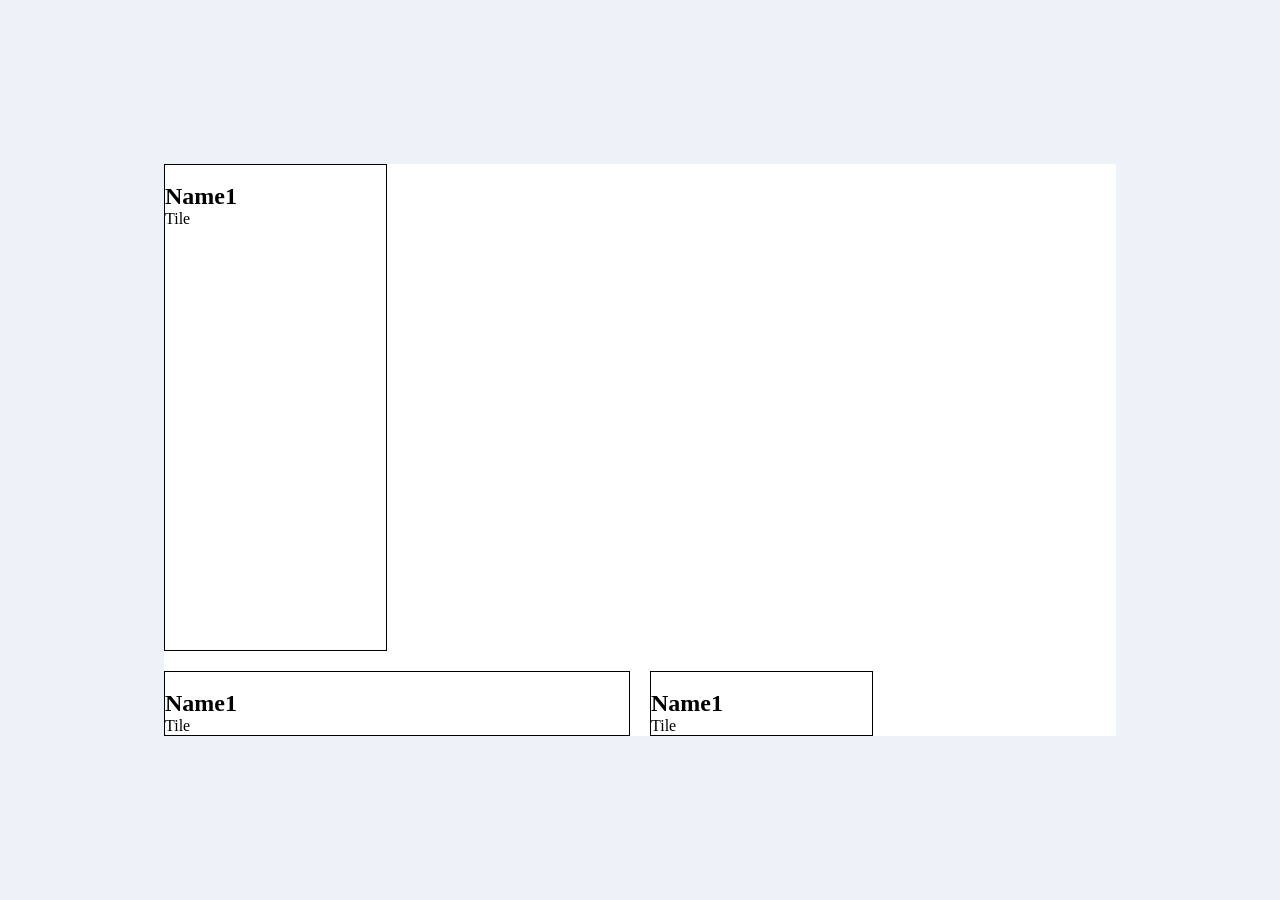
Repository: brandontaylor1/testimonial-card
Page: index.html
An editor plug-in stored every save of this project. The page is shown before and after the next save, followed by the edit.
The browser window is 1280 px wide. The pictures show the whole page.

Above is the page before, as saved 2025-01-10 22:57:02.

### index.html
<!DOCTYPE html>
<html lang="en">
<head>
    <meta charset="UTF-8">
    <meta name="viewport" content="width=device-width, initial-scale=1.0">
    <link rel="preconnect" href="https://fonts.googleapis.com">
    <link rel="preconnect" href="https://fonts.gstatic.com" crossorigin>
    <link href="https://fonts.googleapis.com/css2?family=Barlow+Semi+Condensed:ital,wght@0,100;0,200;0,300;0,400;0,500;0,600;0,700;0,800;0,900;1,100;1,200;1,300;1,400;1,500;1,600;1,700;1,800;1,900&display=swap" rel="stylesheet">
    <link rel="stylesheet" href="styles.css">
    <title>Testimonial Grid </title>
</head>
<body>
    <section class="container">
        <main class="testimonial-grid">
            <div class="card" id="card-1">
                <div class="profile-content">
                    <img src="" alt="" class="profile-img">
                    <div class="profile-text">
                        <h2>Name1</h2>
                        <p>Tile</p>
                    </div>
                </div>
                <h1 class="card-heading"></h1>
                <h2 class="card-subheading"></h2>
            </div>
            <div class="card" id="card-2">
                <div class="profile-content">
                    <img src="" alt="" class="profile-img">
                    <div class="profile-text">
                        <h2>Name1</h2>
                        <p>Tile</p>
                    </div>
                </div>
                <h1 class="card-heading"></h1>
                <h2 class="card-subheading"></h2>
            </div>
            <div class="card" id="card-3">
                <div class="profile-content">
                    <img src="" alt="" class="profile-img">
                    <div class="profile-text">
                        <h2>Name1</h2>
                        <p>Tile</p>
                    </div>
                </div>
                <h1 class="card-heading"></h1>
                <h2 class="card-subheading"></h2>
            </div>



        </main>
    </section>
</body>
</html>

### styles.css
* {
    margin: 0;
    padding: 0;
    box-sizing: border-box;
}

:root {

    --primary-moderate-violet: hsl(263, 55%, 52%);
    --primary-very-dark-grayish-blue: hsl(217, 19%, 35%);
    --primary-very-dark-blackish-blue: hsl(219, 29%, 14%);
    --primary-white: hsl(0, 0%, 100%);

    --secondary-neurtal-light-gray: hsl(0, 0%, 81%);
    --seconday-light-grayish-blue: hsl(210, 46%, 95%);
}

body {
    background-color: #ECF2F8;
    padding: 164px
}

.testimonial-grid {
    display: grid;
    grid-template-columns: repeat(4, 1fr);
    grid-template-rows: repeat(2, 1fr);
    gap: 20px;
    background-color: var(--primary-white);
    height: 572px;
}

.card {
    border: 1px solid black;
    height: 100%;
}

#card-1 {
    grid-column: 1 / span 2;
}

#card-3 {
    grid-row: 1 / span 2;
}

#card-5 {
    grid-row: 2 / 4;
}

After the next save:
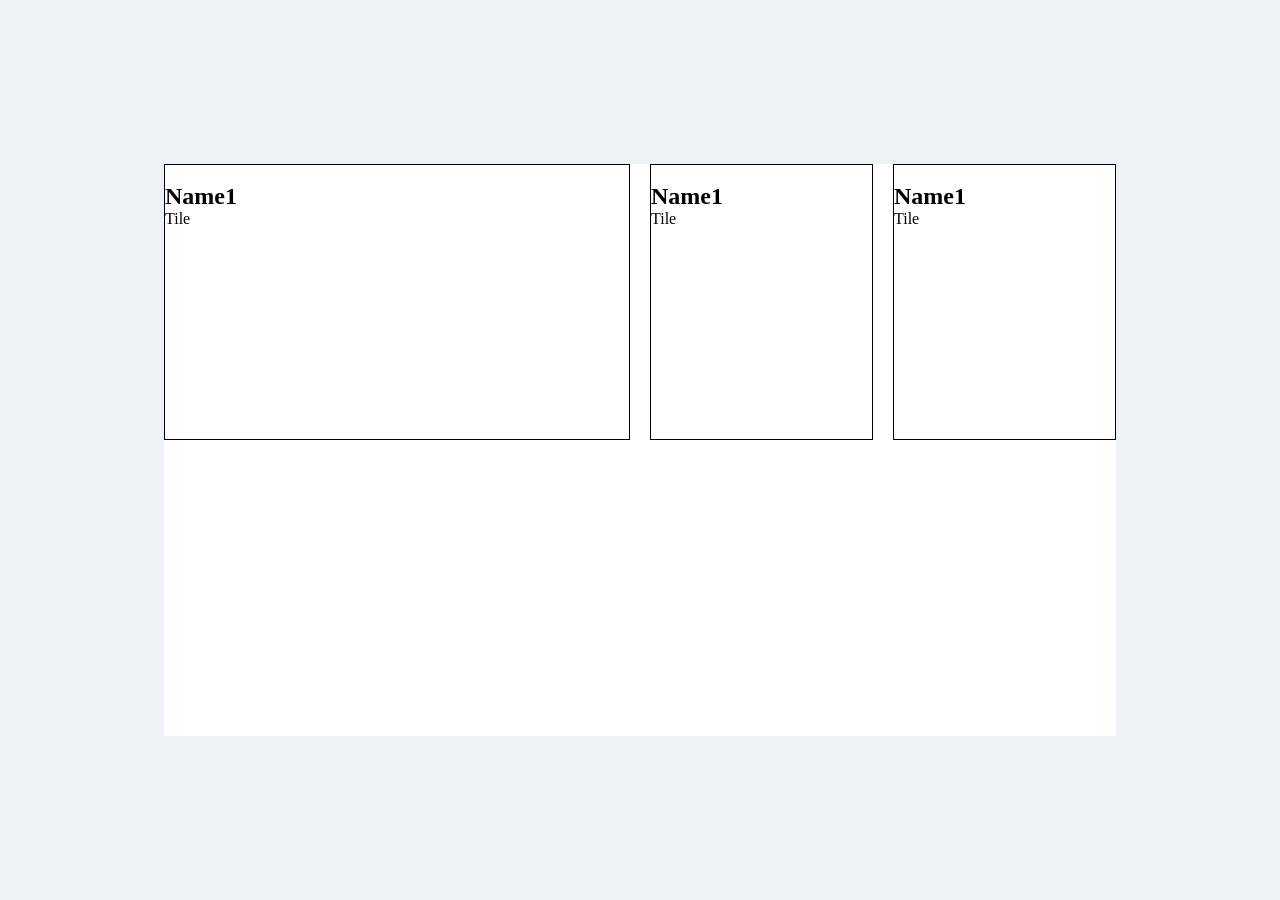
Saved 5 s later.
--- a/styles.css
+++ b/styles.css
@@ -37,11 +37,3 @@ body {
 #card-1 {
     grid-column: 1 / span 2;
 }
-
-#card-3 {
-    grid-row: 1 / span 2;
-}
-
-#card-5 {
-    grid-row: 2 / 4;
-}

After the save that followed:
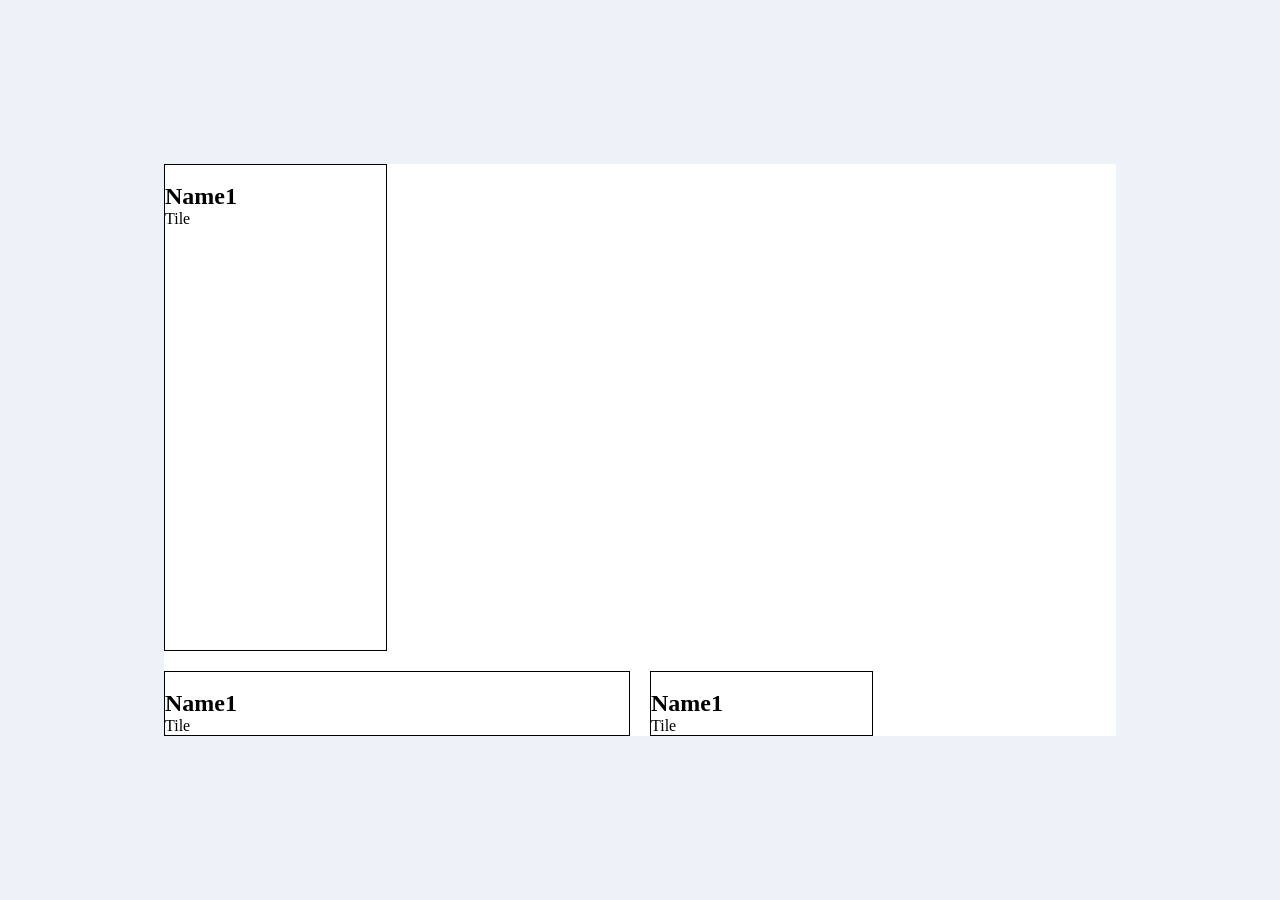
Saved 24 s later.
--- a/styles.css
+++ b/styles.css
@@ -37,3 +37,7 @@ body {
 #card-1 {
     grid-column: 1 / span 2;
 }
+
+#card-3 {
+    grid-row: 1 / span 2;
+}
